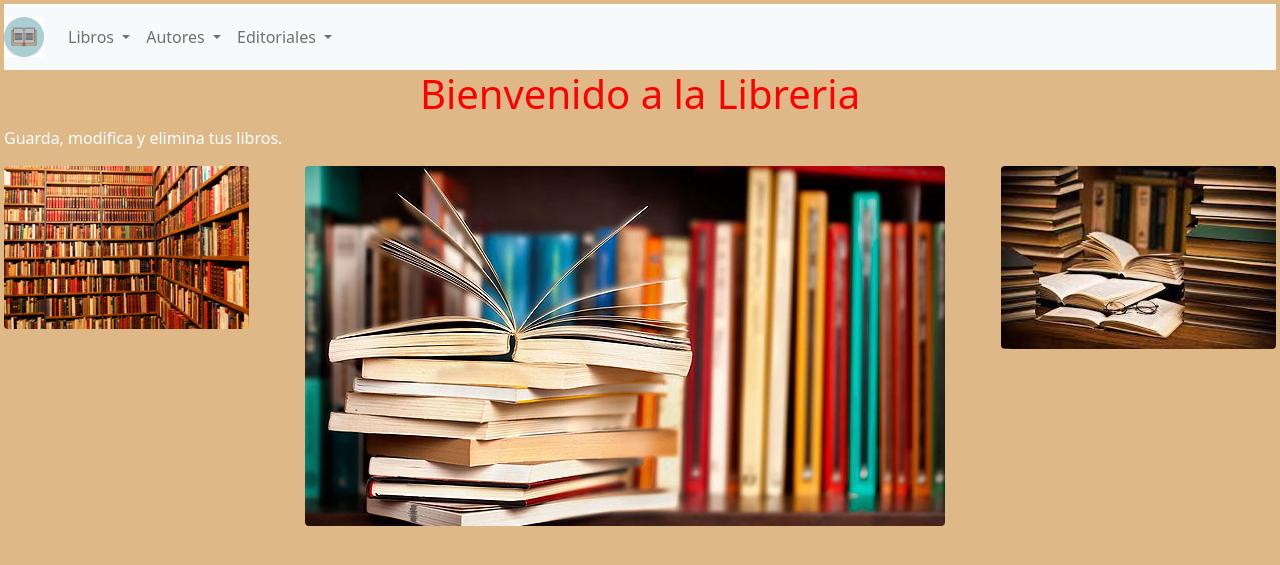
Repository: frnalonso/libreria
Page: src/main/resources/templates/index.html
The author's editor kept a copy of each file at every save. The page is drawn from the files as they stood at one save, then again after the next save.
The browser window is 1280 px wide. The pictures show the whole page.

Above is the page before, as saved 2021-12-03 02:56:37.

### src/main/resources/templates/index.html

<!doctype html>
<html lang="en">
  <head>
    <!-- Required meta tags -->
    <meta charset="utf-8">
    <meta name="viewport" content="width=device-width, initial-scale=1">

    <!-- Bootstrap CSS -->
    <link href="https://cdn.jsdelivr.net/npm/bootstrap@5.1.3/dist/css/bootstrap.min.css" rel="stylesheet" integrity="sha384-1BmE4kWBq78iYhFldvKuhfTAU6auU8tT94WrHftjDbrCEXSU1oBoqyl2QvZ6jIW3" crossorigin="anonymous">
    <link rel="stylesheet" href="/css/index.css"/>
    <title>Inicio</title>

  </head>
  <body class="p-1 text-white">
    <nav class="navbar navbar-expand-lg navbar-light bg-light">
        <a class="navbar-brand" href="/" ><img src="/images/icono_libreria2.jpg" width="40px" alt=""></a>
        <button class="navbar-toggler" type="button" data-toggle="collapse" data-target="#navbarNavAltMarkup" aria-controls="navbarNavAltMarkup" aria-expanded="false" aria-label="Toggle navigation">
          <span class="navbar-toggler-icon"></span>
        </button>
        <div class="collapse navbar-collapse" id="navbarNavAltMarkup">
          <div class="navbar-nav">
            <li class="nav-item dropdown">
              <a class="nav-link dropdown-toggle" href="#" id="navbarDropdown" role="button" data-bs-toggle="dropdown" aria-expanded="false">
                Libros
              </a>
              <ul class="dropdown-menu" aria-labelledby="navbarDropdown">
                <li><a class="dropdown-item" href="/registro">Registrar Libro</a></li>
                <li><a class="dropdown-item" href="/mostrar">Ver Libros</a></li>
              </ul>
            </li>
            <li class="nav-item dropdown">
              <a class="nav-link dropdown-toggle" href="#" id="navbarDropdown" role="button" data-bs-toggle="dropdown" aria-expanded="false">
                Autores
              </a>
              <ul class="dropdown-menu" aria-labelledby="navbarDropdown">
                <li><a class="dropdown-item" href="/autor/registrarAutor">Registrar Autor</a></li>
                <li><a class="dropdown-item" href="/autor/mostrarAutores">Ver Autores</a></li>
              </ul>
            </li>
            <li class="nav-item dropdown">
              <a class="nav-link dropdown-toggle" href="#" id="navbarDropdown" role="button" data-bs-toggle="dropdown" aria-expanded="false">
                Editoriales
              </a>
              <ul class="dropdown-menu" aria-labelledby="navbarDropdown">
                <li><a class="dropdown-item" href="/editorial/registrarEditorial">Registrar Editorial</a></li>
                <li><a class="dropdown-item" href="/editorial/mostrarEditoriales">Ver Editoriales</a></li>
              </ul>
            </li>
          </div>
        </div>
      </nav>
    <h1>Bienvenido a la Libreria</h1>
    <p>Guarda, modifica y elimina tus libros.</p>

    <img src="/images/registrar_libro.png" class="rounded float-start" alt="...">
<img src="/images/autor_registrar.jpg" class="rounded float-end" alt="...">
<img src="/images/editorial_registrar.jpg" class="rounded mx-auto d-block" alt="...">


    <!-- Optional JavaScript; choose one of the two! -->

    <!-- Option 1: Bootstrap Bundle with Popper -->
    <script src="https://cdn.jsdelivr.net/npm/bootstrap@5.1.3/dist/js/bootstrap.bundle.min.js" integrity="sha384-ka7Sk0Gln4gmtz2MlQnikT1wXgYsOg+OMhuP+IlRH9sENBO0LRn5q+8nbTov4+1p" crossorigin="anonymous"></script>

    <!-- Option 2: Separate Popper and Bootstrap JS -->
    <!--
    <script src="https://cdn.jsdelivr.net/npm/@popperjs/core@2.10.2/dist/umd/popper.min.js" integrity="sha384-7+zCNj/IqJ95wo16oMtfsKbZ9ccEh31eOz1HGyDuCQ6wgnyJNSYdrPa03rtR1zdB" crossorigin="anonymous"></script>
    <script src="https://cdn.jsdelivr.net/npm/bootstrap@5.1.3/dist/js/bootstrap.min.js" integrity="sha384-QJHtvGhmr9XOIpI6YVutG+2QOK9T+ZnN4kzFN1RtK3zEFEIsxhlmWl5/YESvpZ13" crossorigin="anonymous"></script>
    -->
  </body>
</html>

### src/main/resources/static/css/index.css
body {
    background-color:burlywood;
}

h1 {
    color: red;
    text-align: center;
}

img {
    display:block;
    margin:auto;
}

After the next save:
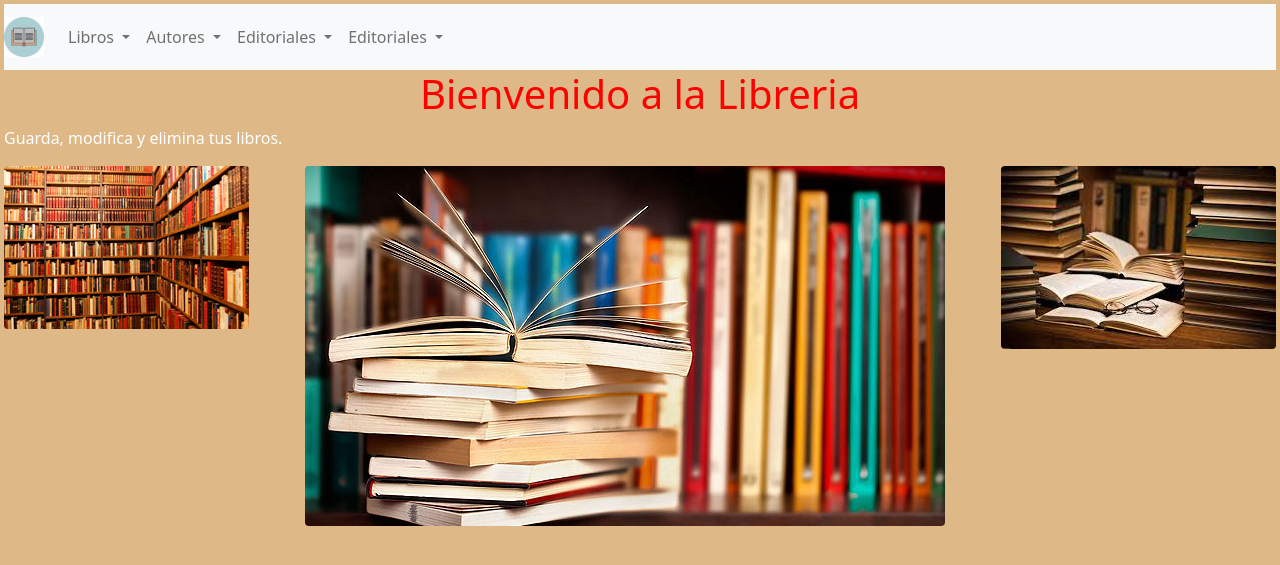
Saved 11 s later.
--- a/src/main/resources/templates/index.html
+++ b/src/main/resources/templates/index.html
@@ -46,6 +46,15 @@
                 <li><a class="dropdown-item" href="/editorial/registrarEditorial">Registrar Editorial</a></li>
                 <li><a class="dropdown-item" href="/editorial/mostrarEditoriales">Ver Editoriales</a></li>
               </ul>
+              <li class="nav-item dropdown">
+                <a class="nav-link dropdown-toggle" href="#" id="navbarDropdown" role="button" data-bs-toggle="dropdown" aria-expanded="false">
+                  Editoriales
+                </a>
+                <ul class="dropdown-menu" aria-labelledby="navbarDropdown">
+                  <li><a class="dropdown-item" href="/editorial/registrarEditorial">Registrar Editorial</a></li>
+                  <li><a class="dropdown-item" href="/editorial/mostrarEditoriales">Ver Editoriales</a></li>
+                </ul>
+              </li>
             </li>
           </div>
         </div>
